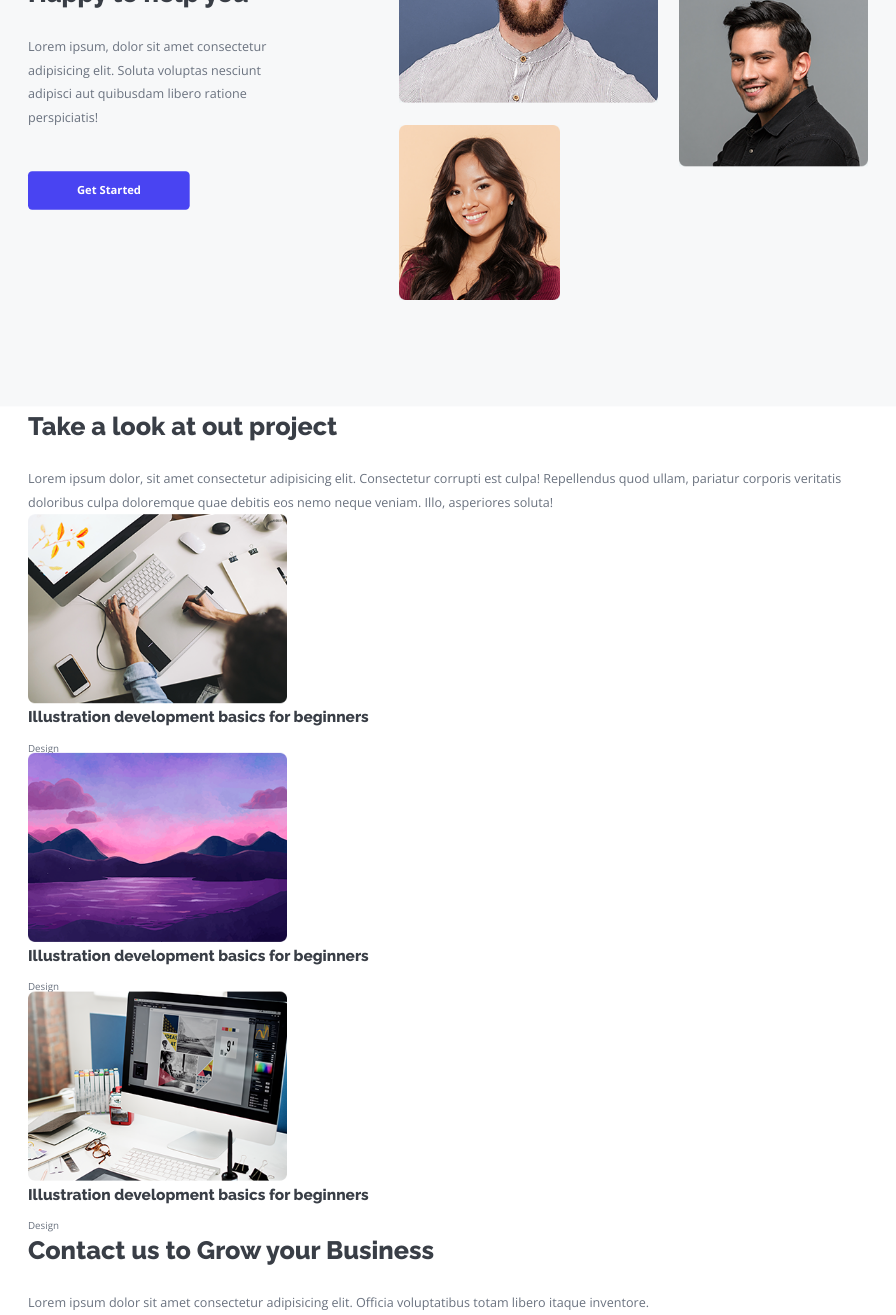
Repository: kate30980/LP-practiceoctavian
Page: index.html
An editor plug-in stored every save of this project. The page is shown before and after the next save, followed by the edit.
The browser window is 1280 px wide. The pictures show the part of the page from y = 4451 to 6371 px (the page is 6329 px tall before and 6371 px after), at 70% of full size.
The style sheet was rebuilt from its Sass, Less or Tailwind sources for each picture, by a compiler version that may differ from the author's.

Above is the page before, as saved 2021-08-25 17:11:49.

After the next save:
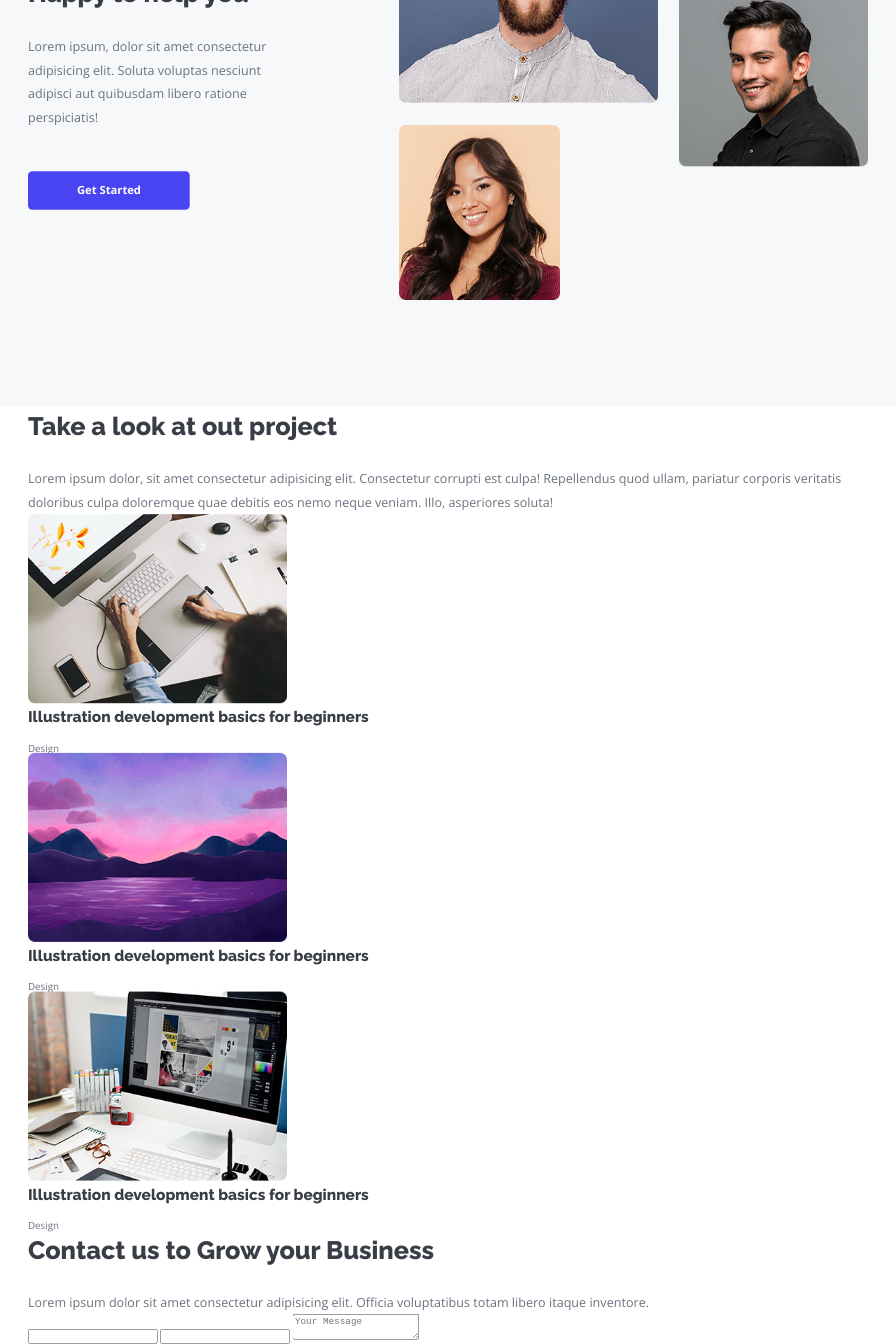
Saved 117 s later.
--- a/index.html
+++ b/index.html
@@ -222,7 +222,11 @@
                     <p class="contact-desc text">Lorem ipsum dolor sit amet consectetur adipisicing elit. Officia
                         voluptatibus totam libero itaque inventore.</p>
                 </div>
-                <form action="javascript:void(0);" class="contact-form"></form>
+                <form action="javascript:void(0);" class="contact-form">
+                    <input type="text" class="contact-input">
+                    <input type="email" class="contact-input">
+                    <textarea class="contact-area" placeholder="Your Message"></textarea>
+                </form>
             </div>
         </section>
     </main>
